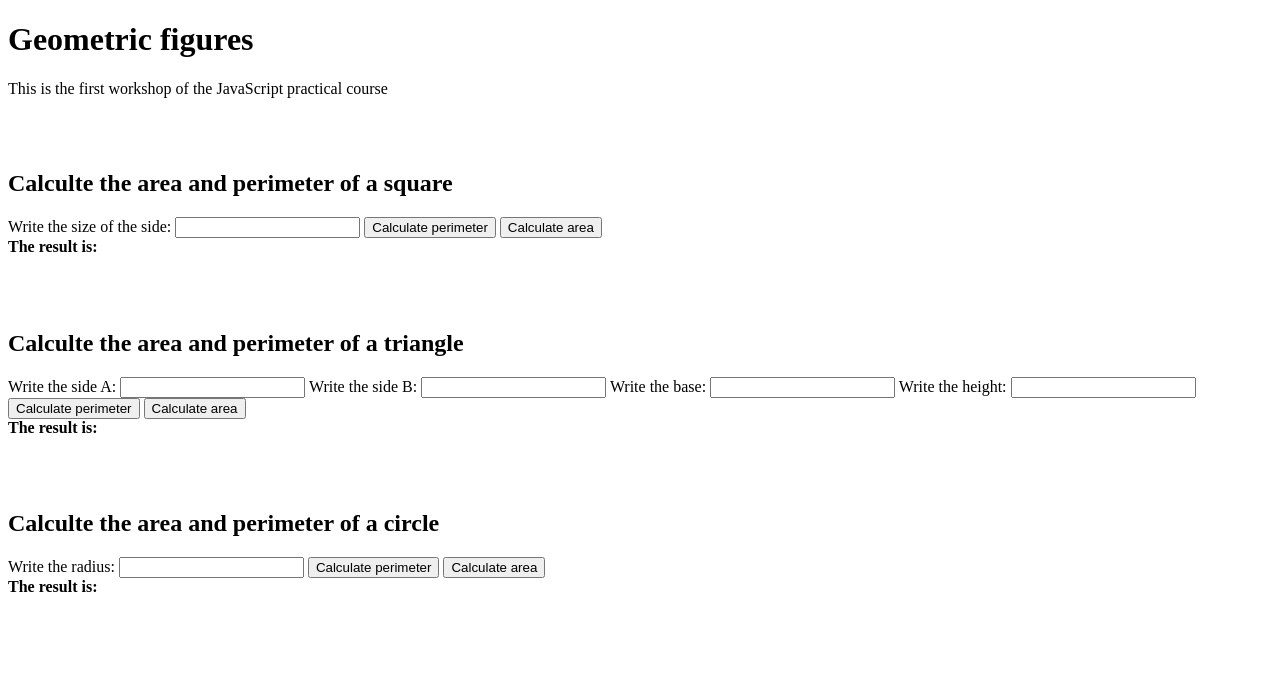
Repository: jangabe/curso-practico-javascript
Page: figures.html
An editor plug-in stored every save of this project. The page is shown before and after the next save, followed by the edit.
The browser window is 1280 px wide. The pictures show the whole page.

Above is the page before, as saved 2022-06-15 08:38:42.

### figures.html
<!DOCTYPE html>
<html lang="en">
<head>
    <meta charset="UTF-8">
    <meta name="viewport" content="width=device-width, initial-scale=1.0">
    <title>Geometric figures Luciana</title>
</head>
<body>
    <header>
        <h1>Geometric figures</h1>
        <p>This is the first workshop of the JavaScript practical course</p>
    </header>
</br>
</br>
<section>
    <h2>Calculte the area and perimeter of a square</h2>
    <form action="">
        <label for="SquareInput">Write the size of the side:</label>
        <input id="SquareInput" type="number">
        <button type="button" onclick="calculatePerimeterSquare()">Calculate perimeter</button>
        <button type="button" onclick="calculateAreaSquare()">Calculate area</button>
        </br>
        <label style="font-weight:bold;" for="">The result is: </label> <output id="ResultSquare"></output>
    </form>
</section>
</br>
</br>
</br>
<section>
    <h2>Calculte the area and perimeter of a triangle</h2>
    <form action="">
        <label for="TriangleInputA">Write the side A:</label>
        <input id="TriangleInputA" type="number">
        <label for="TriangleInputB">Write the side B:</label>
        <input id="TriangleInputB" type="number">
        <label for="TriangleInputBase">Write the base:</label>
        <input id="TriangleInputBase" type="number">
        <label for="TriangleInputHeight">Write the height:</label>
        <input id="TriangleInputHeight" type="number">
        <button type="button" onclick="calculatePerimeterTriangle()">Calculate perimeter</button>
        <button type="button" onclick="calculateAreaTriangle()">Calculate area</button>
        </br>
        <label style="font-weight:bold;" for="">The result is: </label> <output id="ResultTriangle"></output>
    </form>
</section>
</br>
</br>
</br>
<section>
    <h2>Calculte the area and perimeter of a circle</h2>
    <form action="">
        <label for="CircleInputRadius">Write the radius:</label>
        <input id="CircleInputRadius" type="number">
        <button type="button" onclick="calculatePerimeterCircle()">Calculate perimeter</button>
        <button type="button" onclick="calculateAreaCircle()">Calculate area</button>
        </br>
        <label style="font-weight:bold;" for="">The result is: </label> <output id="ResultCircle"></output>
    </form>
</section>

<script src="./figures.js"></script>
</body>
</html>

### figures.js
//Code for the square
console.group("square");
//const squareSide = 5;
//console.log('The sides of the square measure: '+ squareSide);

function squarePerimeter(side){
    return side * 4;
}

//console.log('The perimeter of the square is: '+ squarePerimeter(4) +"cm");

function squareArea(side){
    return side * side;
}

//console.log('The area of the square is: '+ squareArea(5)+"cm^2");

console.groupEnd();

//Code for the triangle
/* console.group("triangle");
const triangleSide1 = 6;
const triangleSide2 = 6;
const triangleBase = 4;
console.log('The sides of the triangle measure: '+ triangleSide1+"cm, "+triangleSide2+"cm, "+triangleBase+"cm"); */


function trianglePerimeter(side1, side2, base){
    return Number(side1) + Number(side2) + Number(base);
}
//console.log('The perimeter of the triangle is: '+ trianglePerimeter +"cm");

//const triangleHeight = 5.5;
//console.log('The height of the triangle is: '+triangleHeight+"cm");

function triangleArea(base, height){
    return (base * height)/2;
}
//console.log('The area of the square is: '+ triangleArea+"cm^2");
console.groupEnd();

//Code for the circle
/* console.group("circle");
const circleRadius = 4;
console.log('The radius of the circle measure: '+ circleRadius); */

//const PI = 3.1415;
const PI = Math.PI;
//console.log('The PI value is: '+PI);

function circleDiameter(radius){
    return radius * 2;
}
//console.log('The diameter of the circle is: '+ circleDiameter +"cm");

function circlePerimeter(radius){
    const diameter = circleDiameter(radius);
    return diameter * PI;
}
//console.log('The perimeter of the circle is: '+ circlePerimeter +"cm");

function circleArea(radius){
    return (radius * radius) * PI;
}
//console.log('The area of the circle is: '+ circleArea+"cm^2");

console.groupEnd();


function calculatePerimeterSquare(){
    const SquareInputValue = document.getElementById("SquareInput").value;
    const result = document.getElementById("ResultSquare");
    result.value = squarePerimeter(SquareInputValue);
}

function calculateAreaSquare(){
    const SquareInputValue = document.getElementById("SquareInput").value;
    const result = document.getElementById("ResultSquare");
    result.value = squareArea(SquareInputValue);
}

function calculatePerimeterTriangle(){
    const TriangleInputAValue = document.getElementById("TriangleInputA").value;
    const TriangleInputBValue = document.getElementById("TriangleInputB").value;
    const TriangleInputBaseValue = document.getElementById("TriangleInputBase").value;
    const result = document.getElementById("ResultTriangle");
    result.value = trianglePerimeter(TriangleInputAValue, TriangleInputBValue, TriangleInputBaseValue);
}

function calculateAreaTriangle(){
    const TriangleInputBaseValue = document.getElementById("TriangleInputBase").value;
    const TriangleInputHeightValue = document.getElementById("TriangleInputHeight").value;
    const result = document.getElementById("ResultTriangle");
    result.value = triangleArea(TriangleInputBaseValue, TriangleInputHeightValue);
}

function calculatePerimeterCircle(){
    const CircleInputRadius =  document.getElementById("CircleInputRadius").value;
    const result = document.getElementById("ResultCircle");
    result.value = circlePerimeter(CircleInputRadius);
}

function calculateAreaCircle(){
    const CircleInputRadius =  document.getElementById("CircleInputRadius").value;
    const result = document.getElementById("ResultCircle");
    result.value = circleArea(CircleInputRadius);
}

After the next save:
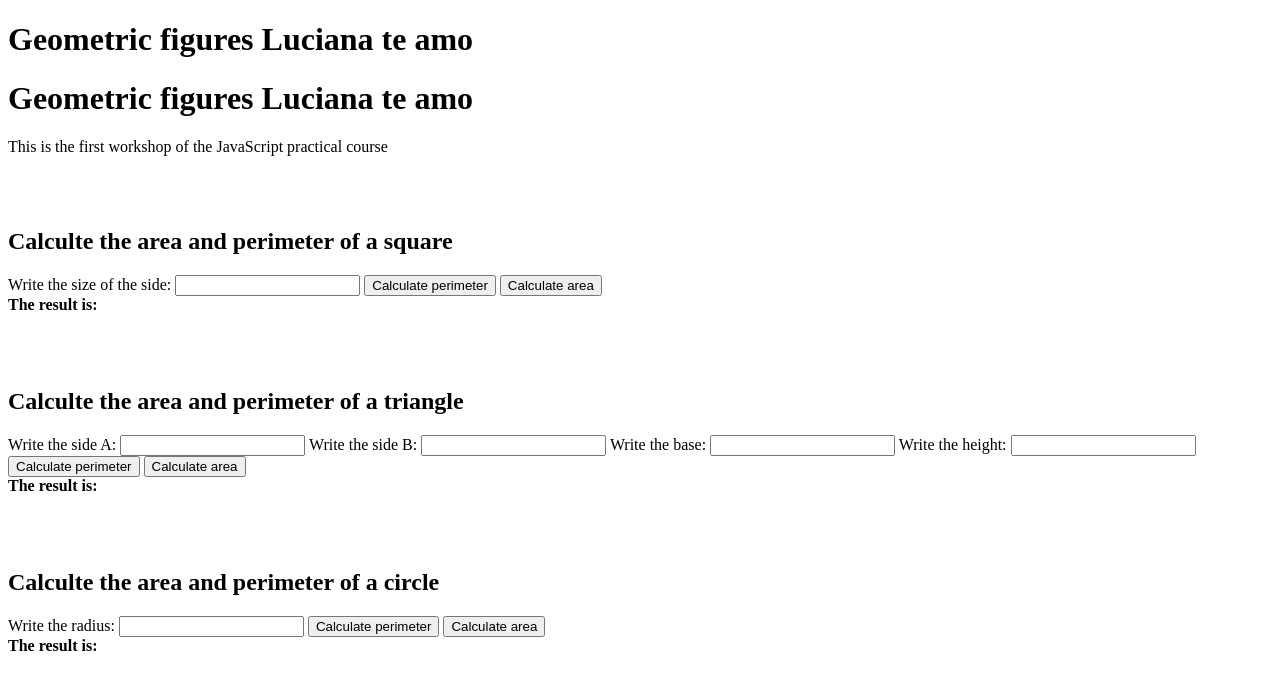
Saved 22 s later.
--- a/figures.html
+++ b/figures.html
@@ -7,7 +7,8 @@
 </head>
 <body>
     <header>
-        <h1>Geometric figures</h1>
+        <h1>Geometric figures Luciana te amo</h1>
+        <h1>Geometric figures Luciana te amo</h1>
         <p>This is the first workshop of the JavaScript practical course</p>
     </header>
 </br>

After the save that followed:
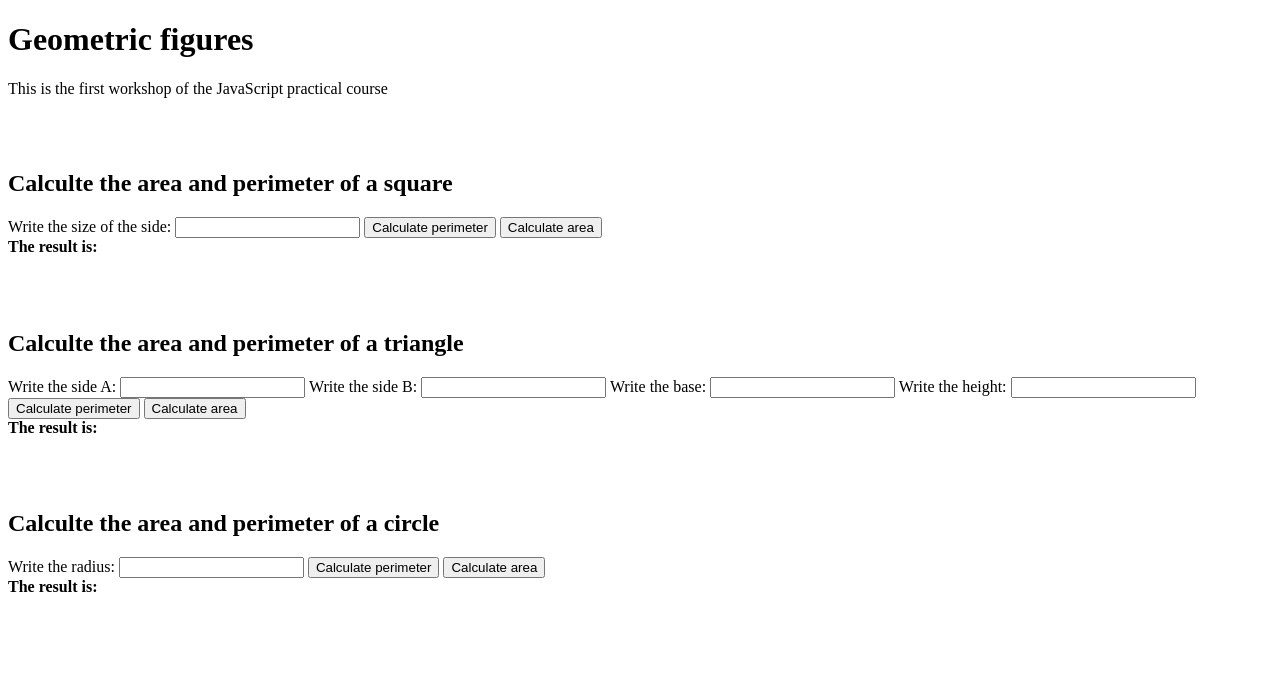
Saved 33 s later.
--- a/figures.html
+++ b/figures.html
@@ -3,12 +3,11 @@
 <head>
     <meta charset="UTF-8">
     <meta name="viewport" content="width=device-width, initial-scale=1.0">
-    <title>Geometric figures Luciana</title>
+    <title>Geometric figures</title>
 </head>
 <body>
     <header>
-        <h1>Geometric figures Luciana te amo</h1>
-        <h1>Geometric figures Luciana te amo</h1>
+        <h1>Geometric figures</h1>
         <p>This is the first workshop of the JavaScript practical course</p>
     </header>
 </br>
